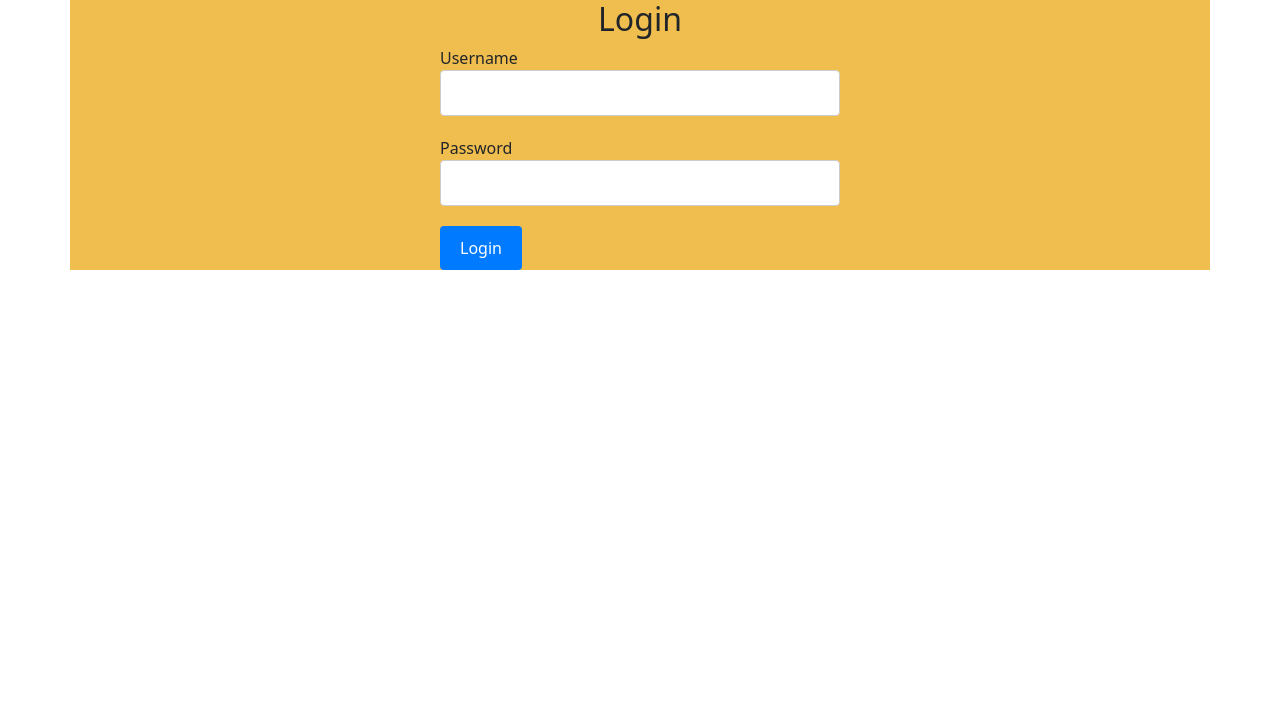
Repository: gabrielwodtke282/PetShop-fofinhos
Page: front-end/index.html
These files come from the project's save history. The page is drawn as it stood at one moment and after the next save; the edit follows.
The browser window is 1280 px wide. The pictures show the whole page.

Above is the page before, as saved 2026-03-23 10:06:48.

### front-end/index.html
<!DOCTYPE html>
<html lang="pt-BR">

<head>
    <meta charset="UTF-8">
    <meta name="viewport" content="width=device-width, initial-scale=1.0">
    <title>Fofinhos Petshop</title>
    <link href="styles.css" rel="stylesheet">
    <link href="https://cdn.jsdelivr.net/npm/bootstrap@5.3.8/dist/css/bootstrap.min.css" rel="stylesheet">
</head>

<body>
    <div class="container 100vh">
    <h2 class="text-center">Login</h2>
    <div class="row">
        <div class="col-md-6 offset-md-3">
            <form class="login-form">
                <div class="form-group">
                    <label for="username">Username</label>
                    <input type="text" id="username" name="username" required>
                </div>
                <div class="form-group">
                    <label for="password">Password</label>
                    <input type="password" id="password" name="password" required>
                </div>
                <button type="submit" class="btn btn-primary btn-block">Login</button>
            </form>
        </div>
    </div>
</div>
</body>

</html>

### front-end/styles.css
.login-form {
    max-width: 400px;
    margin: 0 auto;
}

.login-form input[type="text"],
.login-form input[type="password"] {
    width: 100%;
    padding: 10px;
    border: 1px solid #ccc;
    border-radius: 4px;
    box-sizing: border-box;
}

.login-form button {
    background-color: #007bff;
    color: #fff;
    padding: 10px 20px;
    border: none;
    border-radius: 4px;
    cursor: pointer;
}

.login-form button:hover {
    background-color: #0056b3;
}

.login-form .form-group {
    margin-bottom: 20px;
}

.container{
    background-color: #f0bd4f;
}

After the next save:
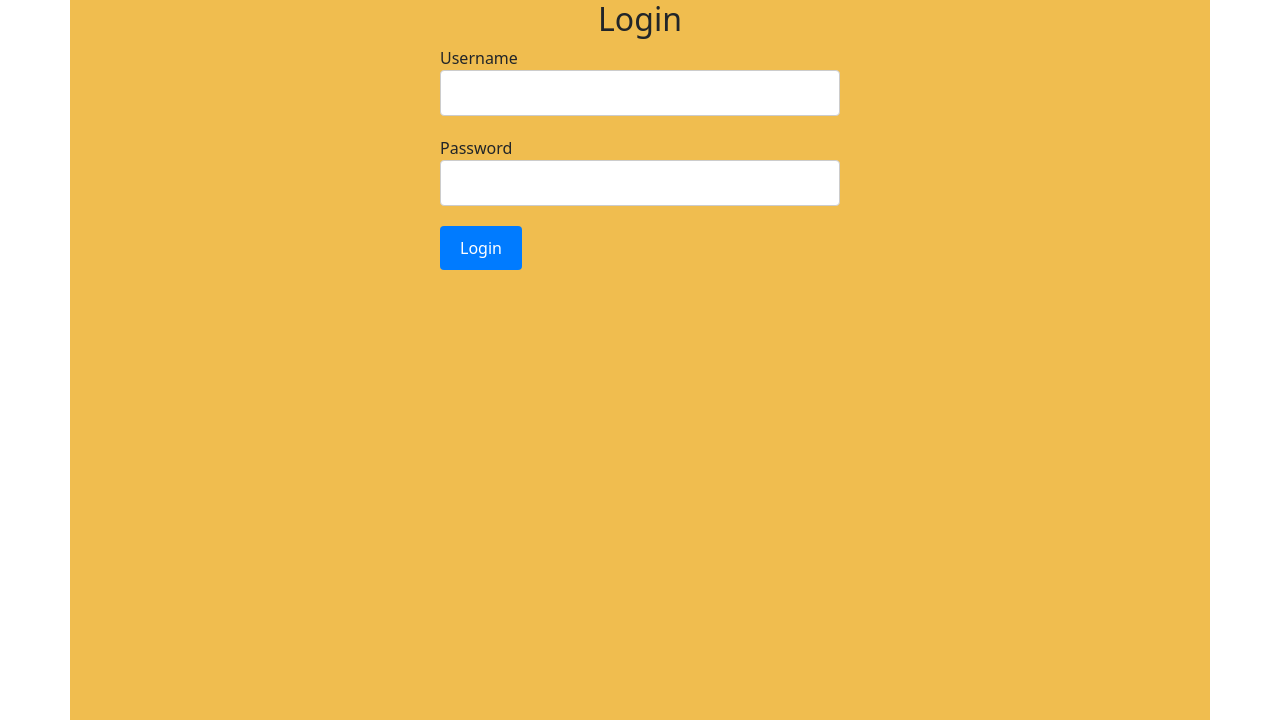
Saved 37 s later.
--- a/front-end/index.html
+++ b/front-end/index.html
@@ -10,7 +10,7 @@
 </head>
 
 <body>
-    <div class="container 100vh">
+    <div class="container min-vh-100 100vh">
     <h2 class="text-center">Login</h2>
     <div class="row">
         <div class="col-md-6 offset-md-3">
